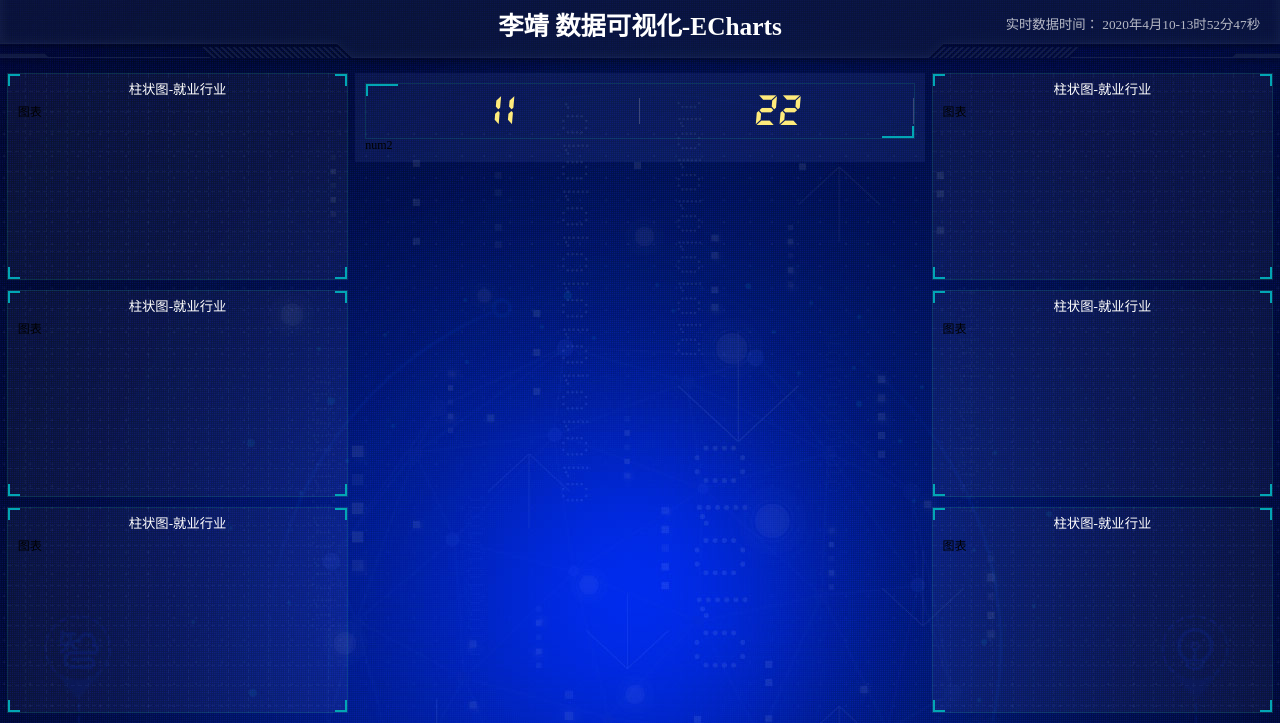
Repository: Jasonlee6789/ECharts
Page: Echarts/index.html
These files come from the project's save history. The page is drawn as it stood at one moment and after the next save; the edit follows.
The browser window is 1280 px wide. The pictures show the whole page.
The style sheet was rebuilt from its Sass, Less or Tailwind sources for each picture, by a compiler version that may differ from the author's.

Above is the page before, as saved 2020-05-21 16:23:46.
Console error: ReferenceError: tme is not defined

### Echarts/index.html
<!DOCTYPE html>
<html lang="en">

<head>
    <meta charset="UTF-8">
    <meta name="viewport" content="width=device-width, initial-scale=1.0">
    <title>ECharts-Jing</title>
    <link rel="stylesheet" href="css/index.css">

</head>

<body>
    <script src="flexible.js"></script>
    <header>
        <h1>李靖 数据可视化-ECharts</h1>
        <div class="showTime"></div>
        <script>
            var t = null;
            t = setTimeout(time, 1000); // start running time
            function time() {
                clearTimeout(t); //清除定时器
                dt = new Date();
                var y = dt.getFullYear();
                var mt = dt.getMonth() + 1;
                var day = dt.getDate();
                var h = dt.getHours();
                var m = dt.getMinutes();
                var s = dt.getSeconds();
                document.querySelector(".showTime").innerHTML = "实时数据时间： " + y + "年" + mt + "月" +
                    day + "-" + h + "时" + m + "分" + s + "秒";
                t = setTimeout(tme, 1000); //设置定时器，循环运行
            }
        </script>
    </header>
    <div class="mainbox">
        <div class="column">
            <div class="panel bar">
                <h2>柱状图-就业行业</h2>
                <div class="chart">图表</div>
                <div class="panel-footer"></div>
            </div>
            <div class="panel line">
                <h2>柱状图-就业行业</h2>
                <div class="chart">图表</div>
                <div class="panel-footer"></div>
            </div>
            <div class="panel pie">
                <h2>柱状图-就业行业</h2>
                <div class="chart">图表</div>
                <div class="panel-footer"></div>
            </div>
        </div>

        <div class="column">
            <!-- num模块制作 -->
            <div class="no">
                <div class="no-hd">
                    <ul>
                        <li>11</li>
                        <li>22</li>
                    </ul>
                </div>
                <div class="no-bd">
                    num2
                </div>
            </div>
        </div>

        <div class="column">
            <div class="panel bar">
                <h2>柱状图-就业行业</h2>
                <div class="chart">图表</div>
                <div class="panel-footer"></div>
            </div>
            <div class="panel line">
                <h2>柱状图-就业行业</h2>
                <div class="chart">图表</div>
                <div class="panel-footer"></div>
            </div>
            <div class="panel pie">
                <h2>柱状图-就业行业</h2>
                <div class="chart">图表</div>
                <div class="panel-footer"></div>
            </div>
        </div>
    </div>


</body>

</html>

### Echarts/js/flexible.js
(function flexible(window, document) {
    var docEl = document.documentElement;
    var dpr = window.devicePixelRatio || 1;

    // adjust body font size
    function setBodyFontSize() {
        if (document.body) {
            document.body.style.fontSize = 12 * dpr + "px";
        } else {
            document.addEventListener("DOMContentLoaded", setBodyFontSize);
        }
    }
    setBodyFontSize();

    // set 1rem = viewWidth / 10 （默认屏幕划分10等份 1920/24=80）
    function setRemUnit() {
        var rem = docEl.clientWidth / 24;
        docEl.style.fontSize = rem + "px";
    }

    setRemUnit();

    // reset rem unit on page resize
    window.addEventListener("resize", setRemUnit);
    window.addEventListener("pageshow", function (e) {
        if (e.persisted) {
            setRemUnit();
        }
    });

    // detect 0.5px supports
    if (dpr >= 2) {
        var fakeBody = document.createElement("body");
        var testElement = document.createElement("div");
        testElement.style.border = ".5px solid transparent";
        fakeBody.appendChild(testElement);
        docEl.appendChild(fakeBody);
        if (testElement.offsetHeight === 1) {
            docEl.classList.add("hairlines");
        }
        docEl.removeChild(fakeBody);
    }
})(window, document);

### Echarts/css/index.less
// css 初始化
* {
    margin: 0;
    padding: 0;
    box-sizing: border-box;
}

.box {
    width: 1rem;
    height: 1rem;
    background-color: pink;
}

li {
    list-style: none;
}

/* 声明字体*/
@font-face {
    font-family: electronicFont;
    src: url(../font/DS-DIGIT.TTF);
}

body {
    background: url(../images/bg.jpg) no-repeat top center;
    line-height: 1.15;
}

header {
    position: relative;
    height: 1.25rem;
    background: url(../images/head_bg.png) no-repeat;
    background-size: 100% 100%;

    h1 {
        font-size: 0.475rem;
        color: #fff;
        text-align: center;
        line-height: 1rem;
    }

    .showTime {
        position: absolute;
        right: 0.375rem;
        top: 0;
        line-height: 0.9375rem;
        color: rgba(255, 255, 255, 0.7);
        font-size: 0.25rem;
    }
}

// 页面主体盒子
.mainbox {
    display: flex;
    min-width: 1024px; //最小宽度，不变了到这
    max-width: 1920px;
    margin: 0 auto;
    padding: 0.125rem 0.125rem 0;

    .column {
        flex: 3;
    }

    .column:nth-child(2) {
        flex: 5;
        margin: 0 0.125rem 0.1875rem;
        overflow: hidden;
    }

    .panel {
        position: relative;
        height: 3.875rem;
        padding: 0 0.1875rem 0.5rem;
        border: 1px solid rgba(25, 186, 139, 0.17);
        margin-bottom: 0.1875rem;
        background: url(../images/line\(1\).png) rgba(255, 255, 255, 0.04);

        &::before {
            position: absolute;
            top: 0;
            left: 0;
            width: 10px;
            height: 10px;
            border-left: 2px solid #02a6b5;
            border-top: 2px solid #02a6b5;
            content: "";
        }

        &::after {
            position: absolute;
            top: 0;
            right: 0;
            width: 10px;
            height: 10px;
            border-right: 2px solid #02a6b5;
            border-top: 2px solid #02a6b5;
            content: "";
        }

        .panel-footer {
            position: absolute;
            bottom: 0;
            left: 0;
            width: 100%;

            &::before {
                position: absolute;
                left: 0;
                bottom: 0;
                width: 10px;
                height: 10px;
                border-left: 2px solid #02a6b5;
                border-bottom: 2px solid #02a6b5;
                content: "";
            }

            &::after {
                position: absolute;
                bottom: 0;
                right: 0;
                width: 10px;
                height: 10px;
                border-right: 2px solid #02a6b5;
                border-bottom: 2px solid #02a6b5;
                content: "";
            }
        }

        h2 {
            height: 0.6rem;
            color: #fff;
            line-height: 0.6rem;
            text-align: center;
            font-size: 0.25rem;
            font-weight: 400;

            a {
                color: #fff;
                text-decoration: none;
                margin: 0 0.125rem;
            }
        }

        .chart {
            height: 3rem;
        }
    }


    // no数字模块
    .no {
        background: rgba(101, 132, 226, 0.1);
        padding: 0.1875rem;

        .no-hd {
            position: relative;
            border: 1px solid rgba(25, 186, 139, 0.17);

            &::before {
                position: absolute;
                top: 0;
                left: 0;
                content: "";
                width: 30px;
                height: 10px;
                border-top: 2px solid #02a6b5;
                border-left: 2px solid #02a6b5;
            }

            &::after {
                position: absolute;
                bottom: 0;
                right: 0;
                content: "";
                width: 30px;
                height: 10px;
                border-right: 2px solid #02a6b5;
                border-bottom: 2px solid #02a6b5;
            }

            ul {
                display: flex;

                li {
                    position: relative;
                    flex: 1;
                    line-height: 1rem;
                    font-size: 0.875rem;
                    color: #ffeb7b;
                    text-align: center;
                    font-family: "electronicFont";

                    &::after {
                        content: "";
                        position: absolute;
                        top: 25%;
                        right: 0;
                        height: 50%;
                        width: 1px;
                        background: rgba(255, 255, 255, 0.2);
                    }
                }
            }
        }

        .no-bd {
            ul {
                display: flex;

                li {
                    flex: 1;
                    text-align: center;
                    color: rgba(255, 255, 255, 0.7);
                    font-size: 0.225rem;
                    height: 0.5rem;
                    line-height: 0.5rem;
                    padding-top: 0.125rem;
                }
            }
        }
    }

    // .map {
    //     position: relative;
    //     height: 10.125rem;

    //     .map1 {
    //         width: 6.475rem;
    //         height: 6.475rem;
    //         position: absolute;
    //         top: 50%;
    //         left: 50%;
    //         transform: translate(-50%, -50%);
    //         background: url(../images/map.png);
    //         background-size: 100% 100%;
    //         opacity: 0.3;
    //     }

    //     .map2 {
    //         position: absolute;
    //         top: 50%;
    //         left: 50%;
    //         transform: translate(-50%, -50%);
    //         width: 8.0375rem;
    //         height: 8.0375rem;
    //         background: url(../images/lbx.png);
    //         animation: rotate1 15s linear infinite;
    //         opacity: 0.6;
    //         background-size: 100% 100%;
    //     }

    //     .map3 {
    //         position: absolute;
    //         top: 50%;
    //         left: 50%;
    //         transform: translate(-50%, -50%);
    //         width: 7.075rem;
    //         height: 7.075rem;
    //         background: url(../images/jt.png);
    //         animation: rotate2 10s linear infinite;
    //         opacity: 0.6;
    //         background-size: 100% 100%;
    //     }

    //     .chart {
    //         position: absolute;
    //         top: 0;
    //         left: 0;
    //         // background-color: pink;
    //         width: 100%;
    //         height: 10.125rem;
    //     }

    //     @keyframes rotate1 {
    //         form {
    //             transform: translate(-50%, -50%) rotate(0deg);
    //         }

    //         to {
    //             transform: translate(-50%, -50%) rotate(360deg);
    //         }
    //     }

    //     @keyframes rotate2 {
    //         form {
    //             transform: translate(-50%, -50%) rotate(0deg);
    //         }

    //         to {
    //             transform: translate(-50%, -50%) rotate(-360deg);
    //         }
    //     }
    // }

    // /* 约束屏幕尺寸 */
    // @media screen and (max-width: 1024px) {
    //     html {
    //         font-size: 42px !important;
    //     }
    // }

    // @media screen and (min-width: 1920px) {
    //     html {
    //         font-size: 80px !important;
    //     }
}

After the next save:
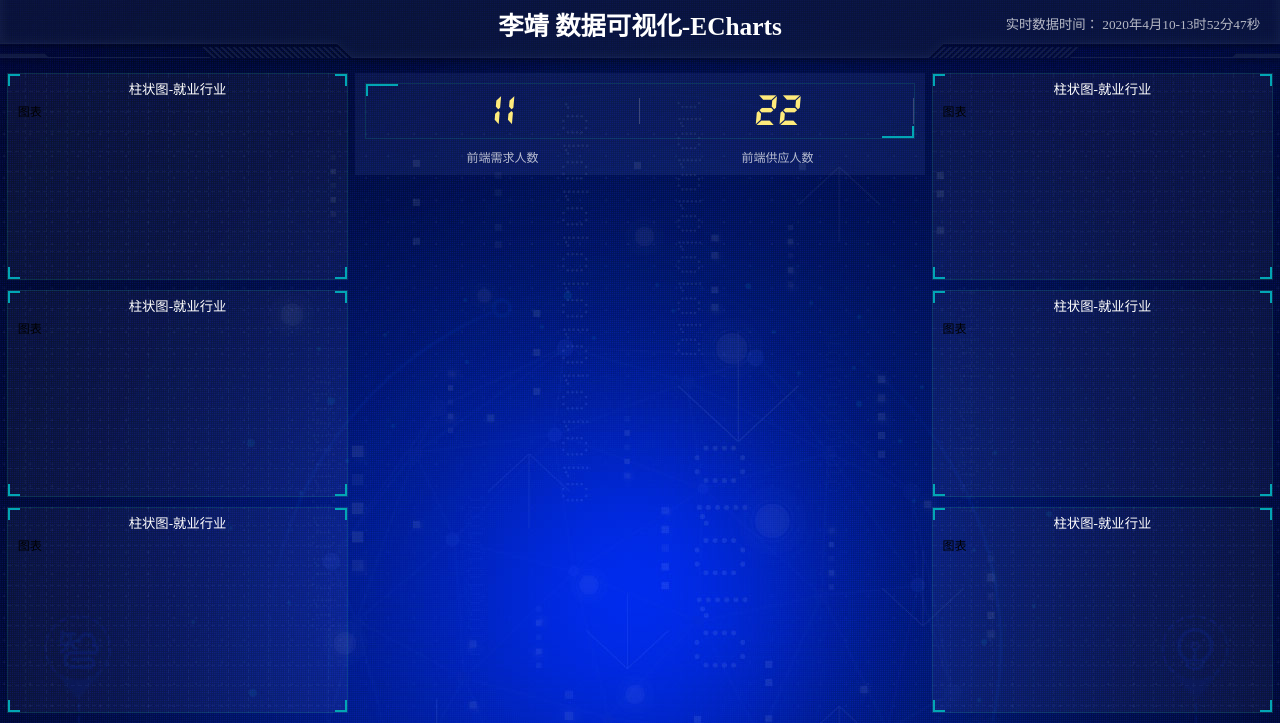
Saved 5 min 25 s later.
--- a/Echarts/index.html
+++ b/Echarts/index.html
@@ -61,7 +61,10 @@
                     </ul>
                 </div>
                 <div class="no-bd">
-                    num2
+                    <ul>
+                        <li>前端需求人数</li>
+                        <li>前端供应人数</li>
+                    </ul>
                 </div>
             </div>
         </div>
